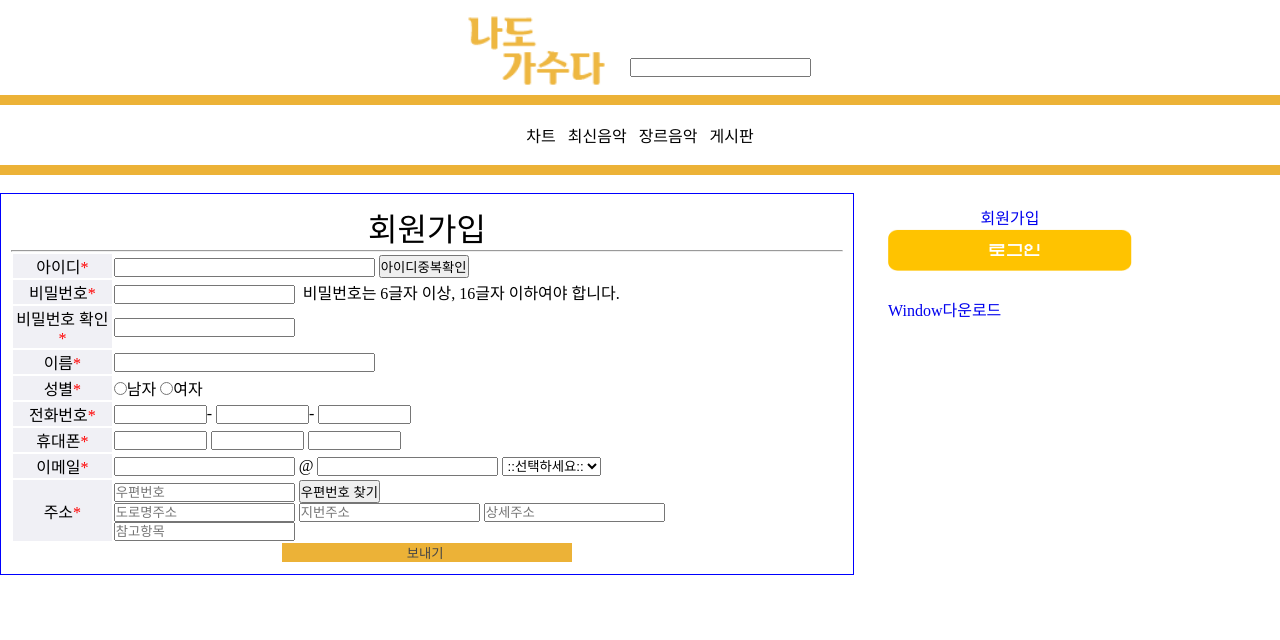
Repository: Ea-Bell/GraduationPortfolio
Page: http://localhost/WebTest/webTest/View/login/signUp.jsp
An editor plug-in stored every save of this project. The page is shown before and after the next save, followed by the edit.
The browser window is 1280 px wide. The pictures show the whole page.
The page is served by Tomcat 9. Nobody is signed in. The application's start-up code is not run. Other server files are loaded and not shown.

Above is the page before, as saved 2020-09-23 14:14:01.

### WEB_Server/WebTest/WebContent/webTest/View/login/signUp.jsp
<%@ page language="java" contentType="text/html; charset=UTF-8"
	pageEncoding="UTF-8"%>
<%@ taglib uri="http://java.sun.com/jsp/jstl/core" prefix="c"%>
<!DOCTYPE html>
<html>
<head>

<meta charset="UTF-8">
<title>회원가입</title>
<link rel="stylesheet" type="text/css" href="/webTest/Model/login/info.css" />
<link rel="stylesheet" type="text/css"
	href="/webTest/Model/mainForm/mainForm.css" />
<script type="text/javascript" src="/webTest/Model/mainForm/mainForm.js"></script>

</head>
<script src="http://code.jquery.com/jquery-latest.js"></script>
<%-- 기본 기능 스크립트--%>
<script type="text/javascript" src="/webTest/Model/login/info.js"></script>

<%-- 다음 주소 스크립트--%>
<script
	src="https://t1.daumcdn.net/mapjsapi/bundle/postcode/prod/postcode.v2.js"></script>



<body>

<header>
	<div align="center">

		<form action="mainForm.jsp" method="post">
			<!-- 헤더 -->

				<a href="/index" style="background: white;">
					 <img src="/webTest/img/logo.png"
					 style="position: relative; top: 15px; left: 0px; width: 140px; width:140px"></a>
					  <input type="text" onclick=""
					style="position: relative; left: 20px;">
				&nbsp;&nbsp;&nbsp;&nbsp;&nbsp; <br>
				<br>

				<hr id="head_line" size="10px" color="#ECB237">

				<br> <a href="" onmouseover="TextMover()"
					onmouseout="TextMount()" id="nav" style="color: black;">차트</a>
				&nbsp; <a href="/webTest/View/fileUpLoad/fileList.jsp" onmouseover="TextMover2()"
					onmouseout="TextMount2()" id="nav2" style="color: black;">최신음악</a>
				&nbsp; <a href="" onmouseover="TextMover3()"
					onmouseout="TextMount3()" id="nav3" style="color: black;">장르음악</a>
						&nbsp; <a href="/webTest/article/list.jsp"  id="nav3" style="color: black;">게시판</a>
				<br>
				<br>
		</form>
	</div>
</header>
		<hr id="head_line" size="10px" color="#ECB237">
		<br>
	<!-- 콘텐츠 -->

	<div id="content"  style="border:1px solid blue; padding:10px; width: 65%;  float: left;" >




<form action="" name="join" method="post">
		<div align="center">
			<span> <font size="6px">회원가입</font>
			</span>
			<hr>
		</div>
		<div align="center">
			<table>
				<tr>
					<td align="center" id="iColor">아이디<span id="iSpan">*</span></td>
					<td><input type="text" size="30" name="id" value="${param.id}">
						<input type="submit" value="아이디중복확인" name="btn1" onclick="Btn(1)">
					</td>
				</tr>


<!-- 				<tr>
					<td align="center" id="iColor">비밀번호<span id="iSpan">*</span></td>
					<td><input type="password" name="wUserPW" id="pw" onchange="pwErrorCheck()" />&nbsp; &nbsp;
					<span>비밀번호는 6글자 이상, 16글자 이하여야 합니다.</span>
					</td>
				</tr>
				<tr>
					<td align="center" id="iColor">비밀번호 확인<span id="iSpan">*</span></td>
					<td><input type="password" name="wUserPWConfirm" id="pwCheck" />
				<font id="chkNotice"size="1"></font>
					</td>

				</tr> -->

				<tr>
					<td align="center" id="iColor">비밀번호<span id="iSpan">*</span></td>
					<td><input type="password" name="wUserPW" id="pw" onchange="pwErrorCheck()" />&nbsp;
					<span>비밀번호는 6글자 이상, 16글자 이하여야 합니다.</span>
					</td>
				</tr>
				<tr>
					<td align="center" id="iColor">비밀번호 확인<span id="iSpan">*</span></td>
					<td><input type="password" name="wUserPWConfirm" id="pwCheck" oninput="isSame()"/>&nbsp;
					<span id="check"></span>
					</td>
				</tr>



				<tr>
					<td align="center" id="iColor">이름<span id="iSpan">*</span></td>
					<td><input type="text" size="30" name="name"
						value="${param.name}"> <c:if test="${errors.name} }"></c:if>
					</td>
				</tr>

							<!-- 성별에서 디비 오류남 -->
				<tr>
					<td align="center" id="iColor">성별<span id="iSpan">*</span></td>
					<td><input type="radio" name="gender" value="남">남자 <input
						type="radio" name="gender" value="여">여자 <c:if
							test="${errors.gender}">성별을 클릭하시오.</c:if></td>
				</tr>
				<tr>
					<td align="center" id="iColor">전화번호<span id="iSpan">*</span></td>
					<td><input type="text" size="9" name="tel1">- <input
						type="text" size="9" name="tel2">- <input type="text"
						size="9" name="tel3"> <c:if test="${errors.tel }">전화번호를 입력하시오</c:if>
					</td>
				</tr>
				<tr>
					<td align="center" id="iColor">휴대폰<span id="iSpan">*</span></td>
					<td><input type="text" size="9" name="phone1"> <input
						type="text" size="9" name="phone2"> <input type="text"
						size="9" name="phone3"> <c:if test="${errors.phone}">번호를 입력하시오</c:if>
					</td>
				</tr>
				<tr>
					<td align="center" id="iColor">이메일<span id="iSpan">*</span></td>


			<td>

<!-- 	버전1		<input type="text" name ="email1">
			@
			<input type="text" name ="email2"> -->

				<input type="text" name="email1" value="" />
   			    @
			    <input type="text" name="email2" value="" ReadOnly="true"/>
			    <select name="emailCheck"
			    onchange="SetEmailTail(emailCheck.options[this.selectedIndex].value)">
    			    <option value="notSelected" >::선택하세요::</option>
    			    <option value="etc">직접입력</option>
    			    <option value="naver.com">naver.com</option>
    			    <option value="hanmail.net">hanmail.net</option>
				    <option value="gmail.com">gmail.com</option>
   				</select>

			</td>
				<%-- 테스트 해야한다
<!-- 이메일  오류 있으니 이메일 체인지 찾아서 수정해서 완료할것(완료시 주석 삭제 요청함) -->
					<td>
						<input type="text" name="email1" onfocus="this.value='';"> @
						<input type="text" name="email2" value="" disabled>
						 <select name="email1" onchange="email_change()">
							<!--     <option value="0" >선택하세요</option> -->
							<option id="email2" value="9">직접입력</option>

							<option value="naver.com">naver.com</option>

							<option value="nate.com">nate.com</option>
					</select> <!-- 이메일끝 요기서 이메일 텍스트 부분을 3가지로 나눠서 생각하시오 --> <c:if
							test="errors.email">이메일을 입력하시오</c:if>
					</td>
					 --%>
				</tr>
				<tr>
					<td align="center" id="iColor">주소<span id="iSpan">*</span></td>

					<td><input type="text" id="sample4_postcode" name="addr1"
						placeholder="우편번호"> <input type="button"
						onclick="sample4_execDaumPostcode()" value="우편번호 찾기"><br>

						<input type="text" id="sample4_roadAddress" name="addr2"
						placeholder="도로명주소"> <input type="text"
						id="sample4_jibunAddress" name="addr3" placeholder="지번주소">

						<span id="guide" style="color: #999; display: none"></span> <input
						type="text" id="sample4_detailAddress" name="addr4"
						placeholder="상세주소"> <input type="text"
						id="sample4_extraAddress" name="addr5" placeholder="참고항목">
						<c:if test="errors.addr">주소를 입력하시오</c:if></td>
				</tr>
				<tr >
					<td colspan="2" align="center" ><input  style="width: 35%; background: #ECB237; border: 0; outline: 0; color: #464646;" type="submit" value="보내기 " name="btn2"
						onclick="Btn(2)" ></td>
				</tr>
			</table>
		</div>
	</form>
	</div>



	<div style="padding:10px; width: 30%; float: right;">
		<aside id="main_aside">

			<table border="0">
				<tr>
					<td><c:if test="${empty authUser }">
							<div align="center"><a href=""></a> <a href="/webTest/login/signUp.jsp">회원가입</a></div>
							<a href="/webTest/login/login.jsp" ><img alt="" src="/webTest/img/login/login.png" style="height: 42px; width: 244px;"></a>
							<br>

						</c:if> <c:if test="${!empty authUser}">
				${authUser.nickname}님, 안녕하세요.<br />
							<a href="/LogoutHandler">[로그아웃하기]</a>
							<a href="changePwdForm.jsp">[암호변경하기]</a>
									&nbsp;&nbsp;&nbsp;&nbsp;&nbsp;&nbsp;&nbsp;&nbsp;&nbsp;&nbsp;<a href="/webTest/list/newMusicForm.jsp">[마이페이지]</a>
						</c:if></td>
				</tr>
			</table>

			<br>
			<table border="0">
				<tr>

					<td>
				<a href="/webTest/나는가수다.msi" download=>Window다운로드</a>
					</td>

				</tr>
			</table>

		</aside>
		</div>



	<!-- 바텀 -->
	<div align="center">



	</div>
<!-- 			<script >
	$(function(){
	    $('#pw').keyup(function(){
	      $('#chkNotice').html('');
	    });

	    $('#pwCheck').keyup(function(){

	        if($('#pw').val() != $('#pwCheck').val()){
	          $('#chkNotice').html('비밀번호 일치하지 않음');
	          $('#chkNotice').attr('color', '#f82a2aa3');
	        } else{
	          $('#chkNotice').html('비밀번호 일치함');
	          $('#chkNotice').attr('color', '#199894b3');
	        }

	    });
	});

</script> -->
</body>
</html>

### WEB_Server/WebTest/WebContent/webTest/Model/login/info.css
@charset "UTF-8";

#iColor
{
	background-color: #f0f0f5;
}
#iSpan
{
	color: red;
	align-content: center;
}

### WEB_Server/WebTest/WebContent/webTest/Model/mainForm/mainForm.css
@charset "UTF-8";
body{
	position: relative;
}

*{ margin:0; padding :0;}

img{border: 0; width:16px ; height: 16 px;}


#content{
	/* 중앙 정렬*/
	width: 960px;

	/* 수평 레이아웃 구성 */
	overflow: hidden;
}
#content > #main_section
{
	width: 650px;
	float: left;			/* 왼쪽에 붙입니다*/
}

#content > #main_aside{
	height:30%;
	width : 25%;
	float: right;           /*오른쪽에 붙입니다.*/
	margin-bottom: 20px;
	padding: 10px;

	color: #ff8000;


}



#content > #main_bside{

	width : 30%;
	height:0%;
	float: left;           /*왼쪽에 붙입니다.*/
	margin-bottom: 20px;
	padding: 10px;


}
#content > #main_cside{
	width :70%;
	height: 0%;
	float: none;           /*가운데에 붙입니다.*/
	margin-bottom: 20px;
	padding: 10px;
	border: 1px solid #e4e4e4;
	color: #ff8000;
	background-color:ff8000;
}

#textcolor{
	border: 1px solid #e4e4e4;
	color: #ff8000;
	background-color:ff8000;
}

#hr
{

}
#nav
{
	 font-family: ""
}
#winFont{
	font-family: "돋음";
	color: #1A1A1A;
}
a {
  text-decoration: none;
}

### WEB_Server/WebTest/WebContent/webTest/Model/mainForm/mainForm.js
/**
 *
 */

//문자나 이미지가 밖으로 나갔을경우
function TextMover() {
	var dama = document.getElementById('nav');
	dama.style.color="Red";
}
function ImgMover() {

}
function TextMover2() {
	var dama = document.getElementById('nav2');
	dama.style.color="Red";
}
function TextMover3() {
	var dama = document.getElementById('nav3');
	dama.style.color="Red";
}
//문자나 이미지가 밖으로 갔을경우
function TextMount() {
	var dama = document.getElementById('nav');
	dama.style.color="Black";
}
function TextMount2() {
	var dama = document.getElementById('nav2');
	dama.style.color="Black";
}
function TextMount3() {
	var dama = document.getElementById('nav3');
	dama.style.color="Black";
}
function ImgMount() {

}

### WEB_Server/WebTest/WebContent/webTest/Model/login/info.js
/**
 *
 */




function email_change(){

/*
if(document.join.email.options[document.join.email.selectedIndex].value == '0'){

 document.join.email2.disabled = true;

 document.join.email2.value = " ";
 dovument.join.email2.text = "";
}
*/



}
	function pwErrorCheck(){
	    var pw = document.join.wUserPW.value;
	    //var confirmPW = document.join.wUserPWConfirm.value;
	    if (pw.length < 6 || pw.length > 16) {
	        window.alert('비밀번호는 6글자 이상, 16글자 이하만 이용 가능합니다.');
	        document.join.pw.value =""
	        document.join.pwCheck.value="";
	        document.join.pw.focus();
	    }
	}


	function isSame(){
		var pw = document.join.pw.value;
	    var confirmPW = document.join.confirmPW.value;
		if(pw !="" && confirmPW!="") {
	        if(pw == confirmPW) {
	        	  document.getElementById('check').innerHTML='비밀번호가 일치합니다.'
	              document.getElementById('check').style.color='blue';
	        }
	        else {
	        	document.getElementById('check').innerHTML='비밀번호가 일치하지 않습니다.';
	            document.getElementById('check').style.color='red';
	        }
	    }
	}




function SetEmailTail(emailValue) {
	  if ( emailValue == "notSelected" ){
		  document.join.email2.readOnly = true;
		  document.join.email2.value = "";
	  }
	  else if ( emailValue == "etc" ) {
		  document.join.email2.readOnly = false;
		  document.join.email2.value = "";
	  } else {
		  document.join.email2.readOnly = true;
		  document.join.email2.value = emailValue;
	  }
}


function Btn(index){

	if(index ==1){
		document.join.method="post"
		document.join.action="../../test/test1.jsp";

	}
	else if(index==2)
		{
		document.join.method="post"
			document.join.action="/WebTest/Servlet";
		}
	else if(index ==3)
		{document.join.method="post"
		document.join.action="../../test/test3.jsp";
		}
	document.join.submit();
}



//본 예제에서는 도로명 주소 표기 방식에 대한 법령에 따라, 내려오는 데이터를 조합하여 올바른 주소를 구성하는 방법을 설명합니다.
function sample4_execDaumPostcode() {
    new daum.Postcode({
        oncomplete: function(data) {
            // 팝업에서 검색결과 항목을 클릭했을때 실행할 코드를 작성하는 부분.

            // 도로명 주소의 노출 규칙에 따라 주소를 표시한다.
            // 내려오는 변수가 값이 없는 경우엔 공백('')값을 가지므로, 이를 참고하여 분기 한다.
            var roadAddr = data.roadAddress; // 도로명 주소 변수
            var extraRoadAddr = ''; // 참고 항목 변수

            // 법정동명이 있을 경우 추가한다. (법정리는 제외)
            // 법정동의 경우 마지막 문자가 "동/로/가"로 끝난다.
            if(data.bname !== '' && /[동|로|가]$/g.test(data.bname)){
                extraRoadAddr += data.bname;
            }
            // 건물명이 있고, 공동주택일 경우 추가한다.
            if(data.buildingName !== '' && data.apartment === 'Y'){
               extraRoadAddr += (extraRoadAddr !== '' ? ', ' + data.buildingName : data.buildingName);
            }
            // 표시할 참고항목이 있을 경우, 괄호까지 추가한 최종 문자열을 만든다.
            if(extraRoadAddr !== ''){
                extraRoadAddr = ' (' + extraRoadAddr + ')';
            }

            // 우편번호와 주소 정보를 해당 필드에 넣는다.
            document.getElementById('sample4_postcode').value = data.zonecode;
            document.getElementById("sample4_roadAddress").value = roadAddr;
            document.getElementById("sample4_jibunAddress").value = data.jibunAddress;

            // 참고항목 문자열이 있을 경우 해당 필드에 넣는다.
            if(roadAddr !== ''){
                document.getElementById("sample4_extraAddress").value = extraRoadAddr;
            } else {
                document.getElementById("sample4_extraAddress").value = '';
            }

            var guideTextBox = document.getElementById("guide");
            // 사용자가 '선택 안함'을 클릭한 경우, 예상 주소라는 표시를 해준다.
            if(data.autoRoadAddress) {
                var expRoadAddr = data.autoRoadAddress + extraRoadAddr;
                guideTextBox.innerHTML = '(예상 도로명 주소 : ' + expRoadAddr + ')';
                guideTextBox.style.display = 'block';

            } else if(data.autoJibunAddress) {
                var expJibunAddr = data.autoJibunAddress;
                guideTextBox.innerHTML = '(예상 지번 주소 : ' + expJibunAddr + ')';
                guideTextBox.style.display = 'block';
            } else {
                guideTextBox.innerHTML = '';
                guideTextBox.style.display = 'none';
            }
        }
    }).open();
}

After the next save:
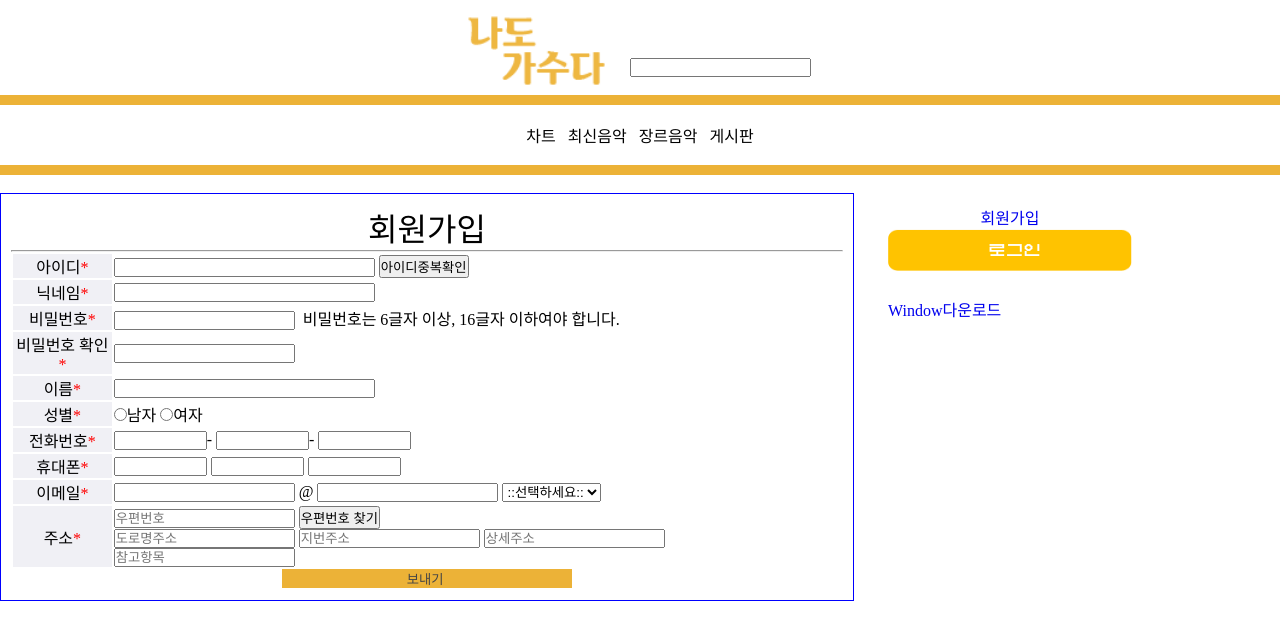
Saved 7 min 18 s later.
--- a/WEB_Server/WebTest/WebContent/webTest/View/login/signUp.jsp
+++ b/WEB_Server/WebTest/WebContent/webTest/View/login/signUp.jsp
@@ -76,7 +76,11 @@
 						<input type="submit" value="아이디중복확인" name="btn1" onclick="Btn(1)">
 					</td>
 				</tr>
-
+				<tr>
+					<td align="center" id="iColor">닉네임<span id="iSpan">*</span></td>
+					<td><input type="text" size="30" name="nickname"> <c:if
+							test="${errors.nickname }">닉네임을 입력하시오.</c:if></td>
+				</tr>
 
 <!-- 				<tr>
 					<td align="center" id="iColor">비밀번호<span id="iSpan">*</span></td>
